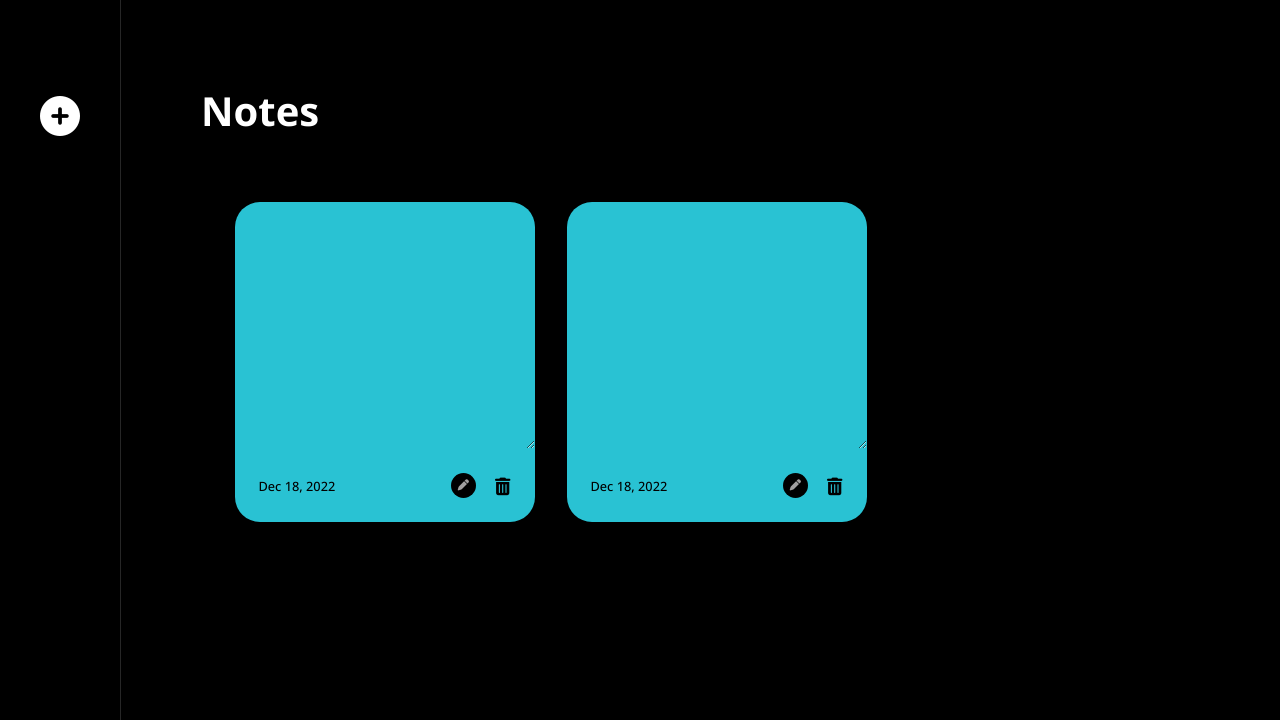
Repository: emiliaiwu/notes_app
Page: index.html
An editor plug-in stored every save of this project. The page is shown before and after the next save, followed by the edit.
The browser window is 1280 px wide. The pictures show the whole page.
An inner scrolling area shows only its first screen. Some web libraries are served in a nearby version.

Above is the page before, as saved 2022-12-21 00:39:38.

After the next save:
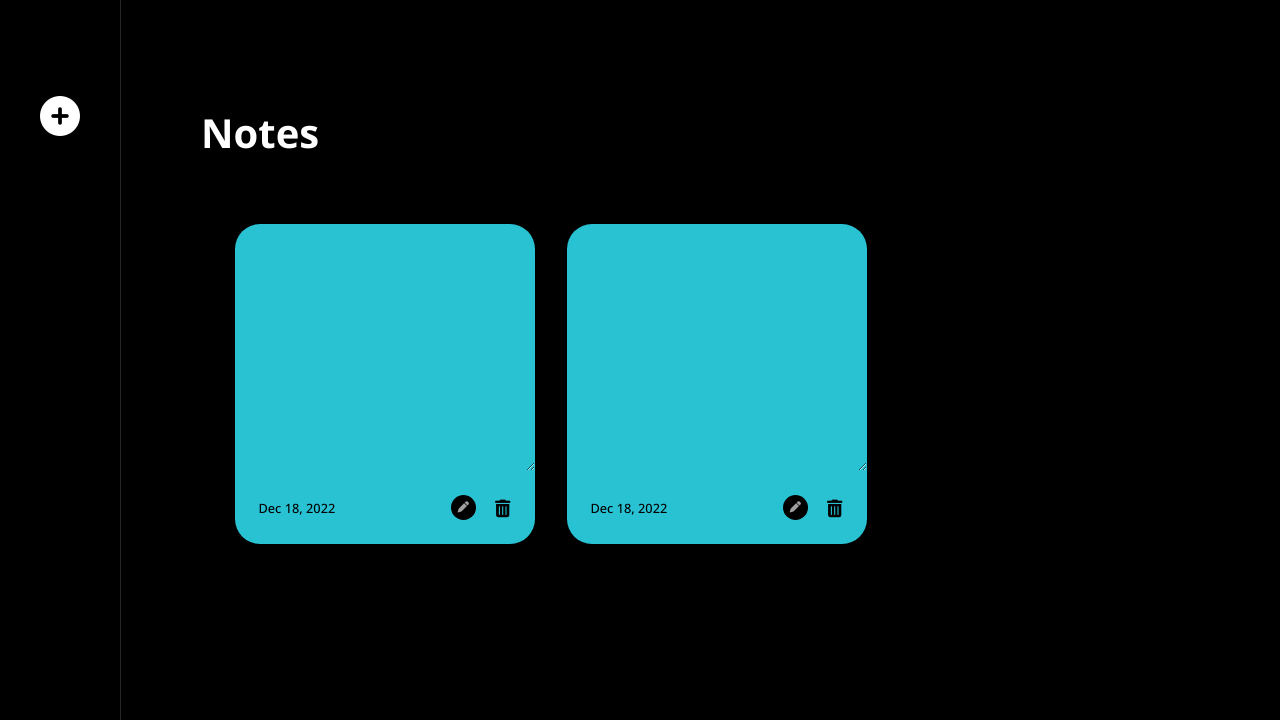
Saved 8 s later.
--- a/index.html
+++ b/index.html
@@ -23,7 +23,7 @@
             </ul>
         </div>
         <div class="notes_container">
-            <h1>Notes</h1>
+            div.<h1>Notes</h1>
 
             <div class="notes">
                 <!-- <!-- <div class="note addNote">

After the save that followed:
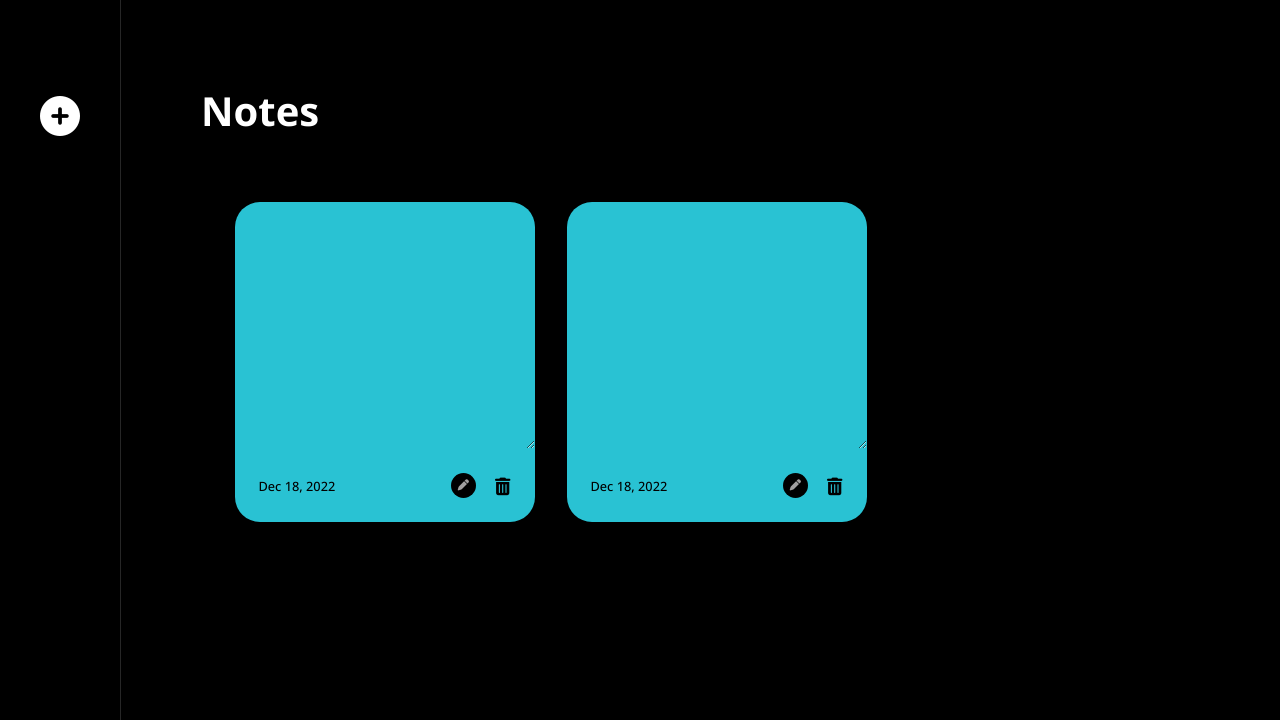
Saved 7 s later.
--- a/index.html
+++ b/index.html
@@ -23,7 +23,7 @@
             </ul>
         </div>
         <div class="notes_container">
-            div.<h1>Notes</h1>
+            <div class="header"></div><h1>Notes</h1>
 
             <div class="notes">
                 <!-- <!-- <div class="note addNote">
